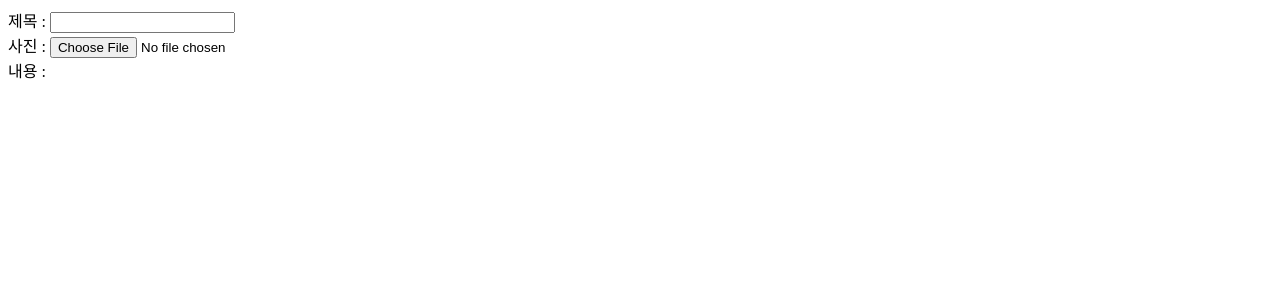
Repository: simDev1234/WebStudy
Page: http://localhost/2022_0607_FileUploadTest/input_file.jsp
The author's editor kept a copy of each file at every save. The page is drawn from the files as they stood at one save, then again after the next save.
The browser window is 1280 px wide. The pictures show the whole page.
The page is served by Tomcat 9.

Above is the page before, as saved 2022-06-07 01:51:16.

After the next save:
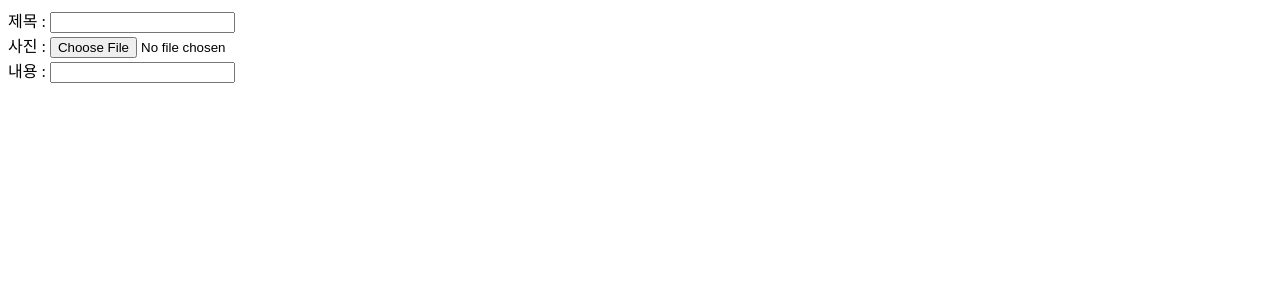
Saved 4 s later.
--- a/_01_상반기_WebStudy/2022_0607_FileUploadTest/src/main/webapp/input_file.jsp
+++ b/_01_상반기_WebStudy/2022_0607_FileUploadTest/src/main/webapp/input_file.jsp
@@ -16,7 +16,7 @@
 <form action = "" method = "POST" enctype = "multipart/form_data">
    제목 : <input name = "title"><br>
    사진 : <input type = "file" name = "photo"><br>
-   내용 :
+   내용 : <input>
 </form>
 </body>
 </html>
